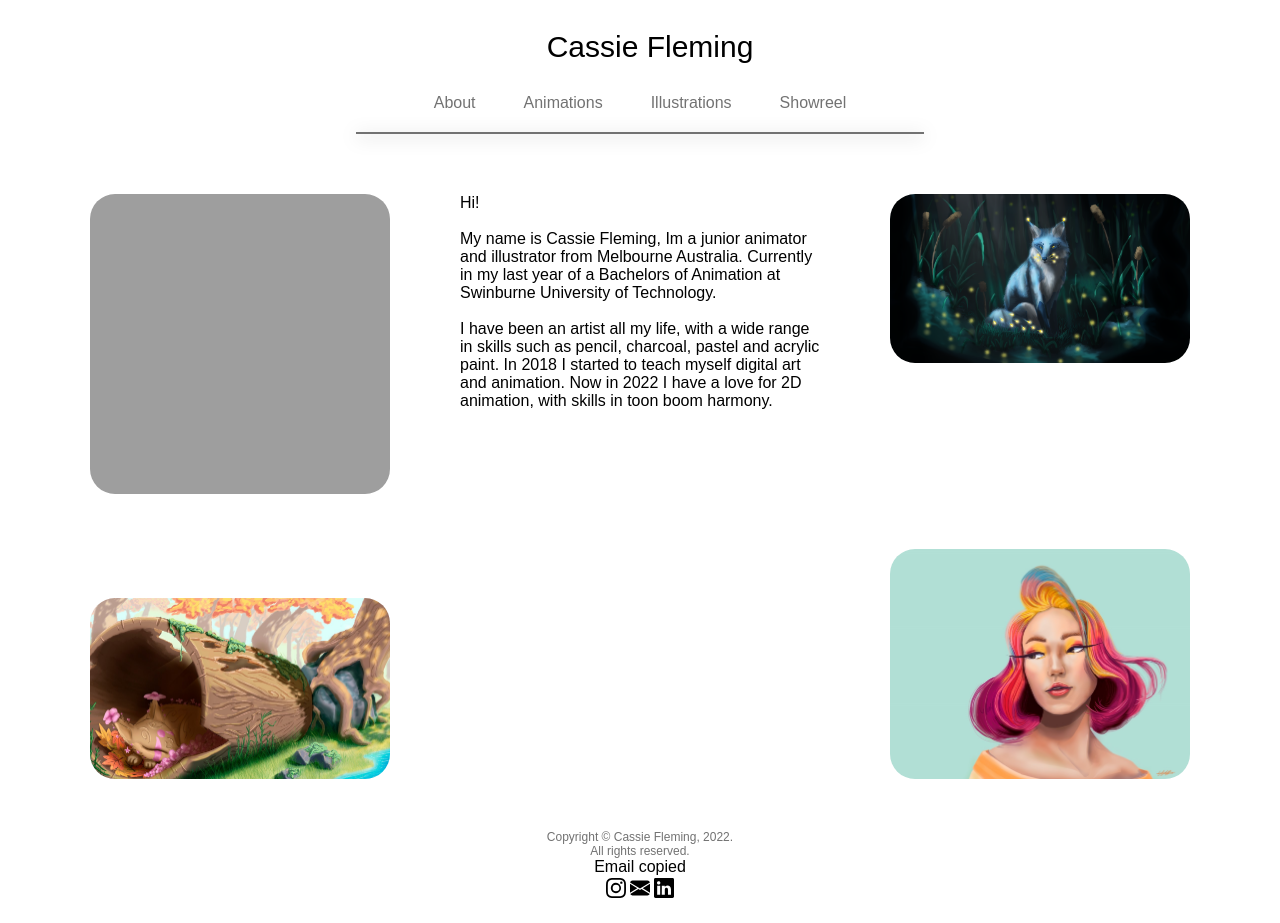
Repository: David-Waite/Cassie-Fleming-portfolio
Page: /
An editor plug-in stored every save of this project. The page is shown before and after the next save, followed by the edit.
The browser window is 1280 px wide. The pictures show the whole page.
Pictures or frames that could not be fetched are drawn as grey boxes. Some web fonts or font styles are not loaded; a fallback is used. The project was rebuilt for these pictures with package versions that can differ from the ones it lists, and the page was loaded fresh each time. The framework's server and built-in components were replaced by stand-ins that run in the browser. Also part of the build but not shown: next.config.js.

Above is the page before, as saved 2022-09-11 17:49:55.

After the next save:
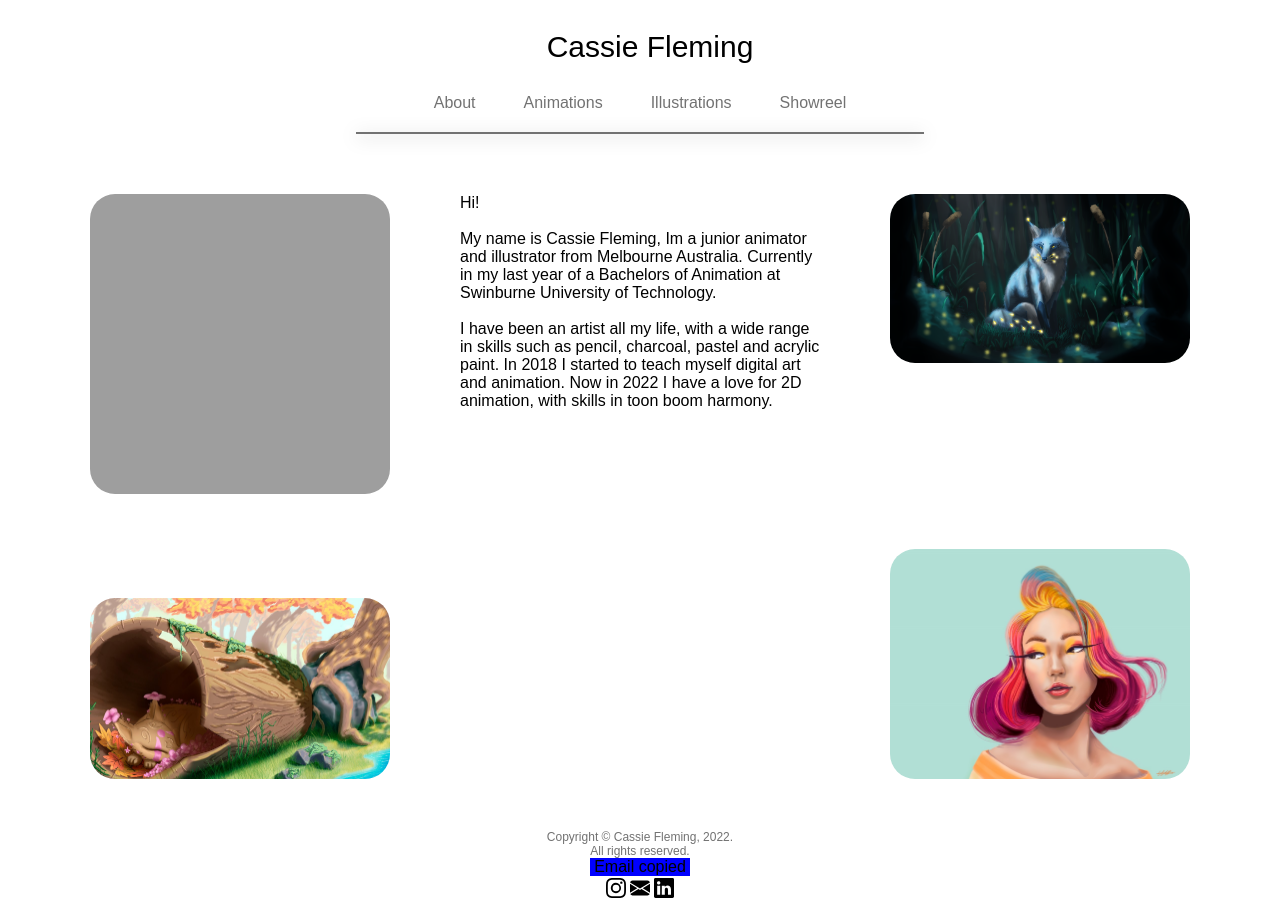
Saved 5 s later.
--- a/styles/globals.css
+++ b/styles/globals.css
@@ -108,7 +108,7 @@ footer {
   text-align: center;
   left: -44px;
   top: -20px;
-  background-color: blueS;
+  background-color: blue;
 }
 
 @media (max-width: 810px) {
